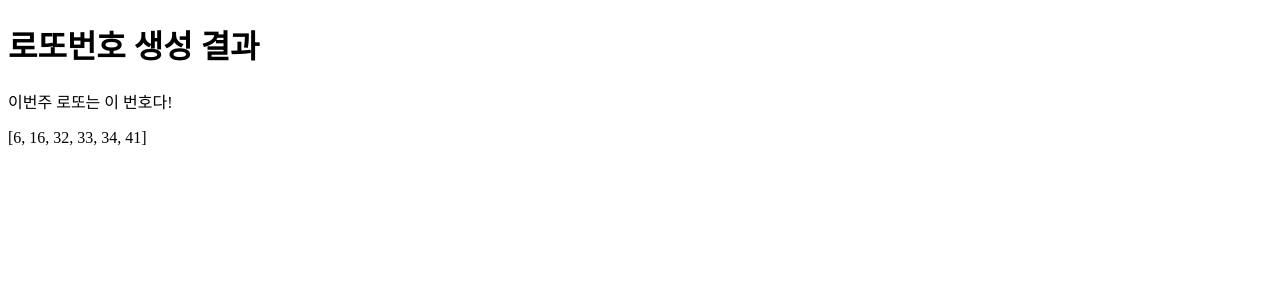
Repository: HeeMang28/jsp
Page: http://localhost/JSPBasic/jsptag/tag_quiz03.jsp
These files come from the project's save history. The page is drawn as it stood at one moment and after the next save; the edit follows.
The browser window is 1280 px wide. The pictures show the whole page.
The page is served by Tomcat 9.

Above is the page before, as saved 2022-03-24 08:47:48.

After the next save:
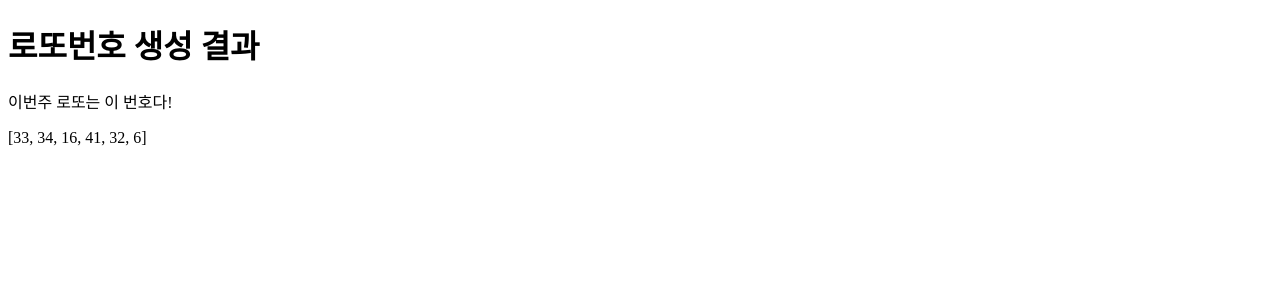
Saved 17 s later.
--- a/JSPBasic/src/main/webapp/jsptag/tag_quiz03.jsp
+++ b/JSPBasic/src/main/webapp/jsptag/tag_quiz03.jsp
@@ -19,7 +19,6 @@
 			lotto.add(getNum);
 		}
 	}
-	Collections.sort(lotto);
 %>
 	<h1> 로또번호 생성 결과 </h1>
 	<p> 이번주 로또는 이 번호다! </p>

After the save that followed:
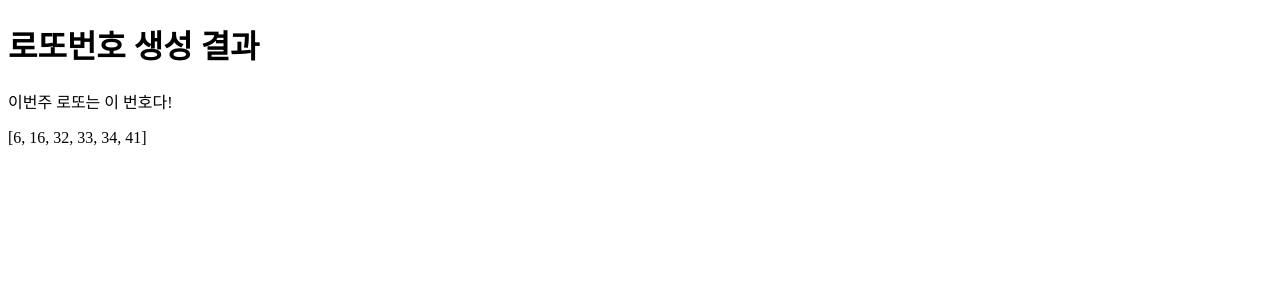
Saved 15 s later.
--- a/JSPBasic/src/main/webapp/jsptag/tag_quiz03.jsp
+++ b/JSPBasic/src/main/webapp/jsptag/tag_quiz03.jsp
@@ -19,6 +19,7 @@
 			lotto.add(getNum);
 		}
 	}
+	Collections.sort(lotto);
 %>
 	<h1> 로또번호 생성 결과 </h1>
 	<p> 이번주 로또는 이 번호다! </p>
